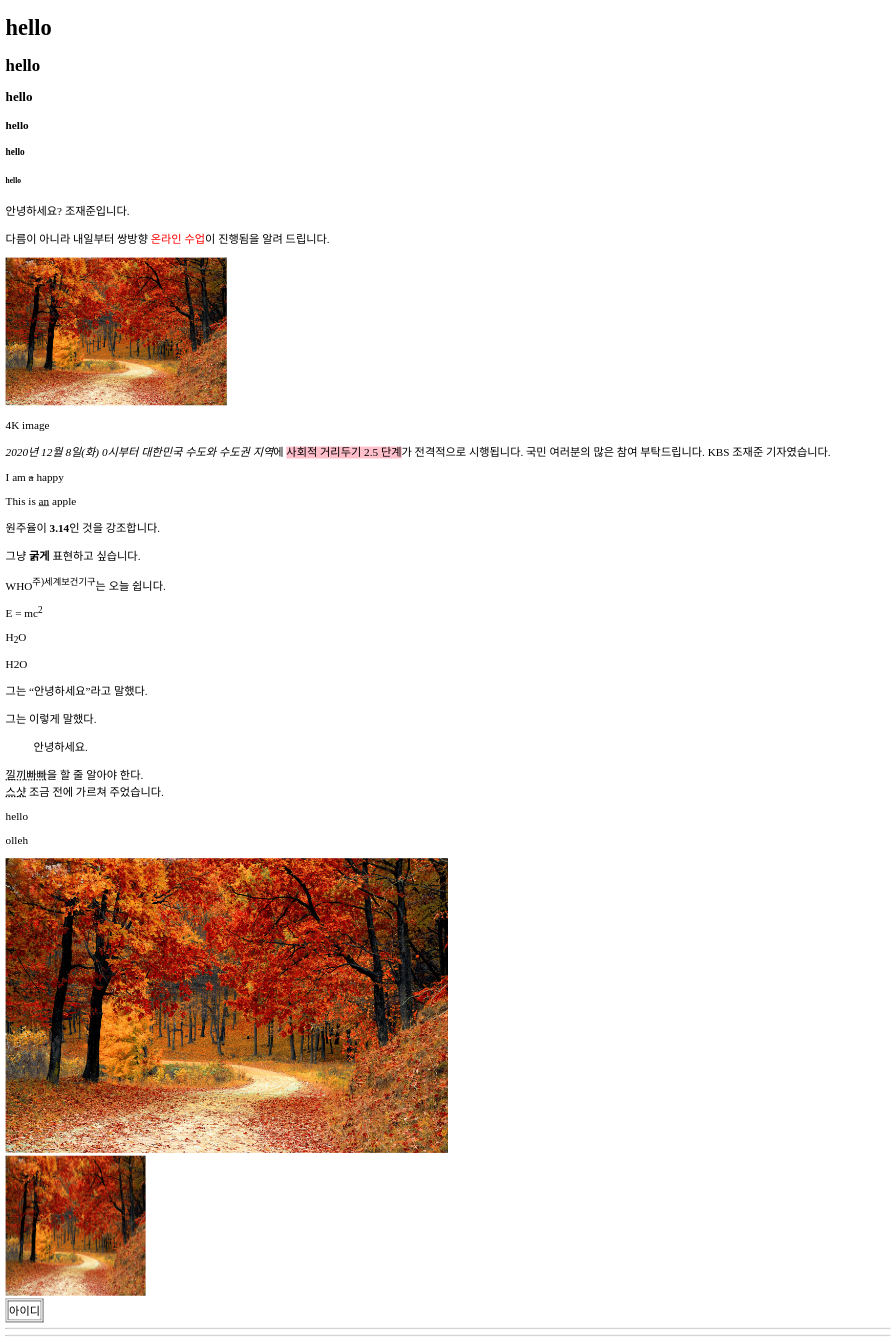
Repository: Chojaejun/javastudy
Page: HelloWorld/WebContent/f.html
An editor plug-in stored every save of this project. The page is shown before and after the next save, followed by the edit.
The browser window is 1280 px wide. The pictures show the whole page, at 70% of full size.

Above is the page before, as saved 2020-12-07 06:51:58.

After the next save:
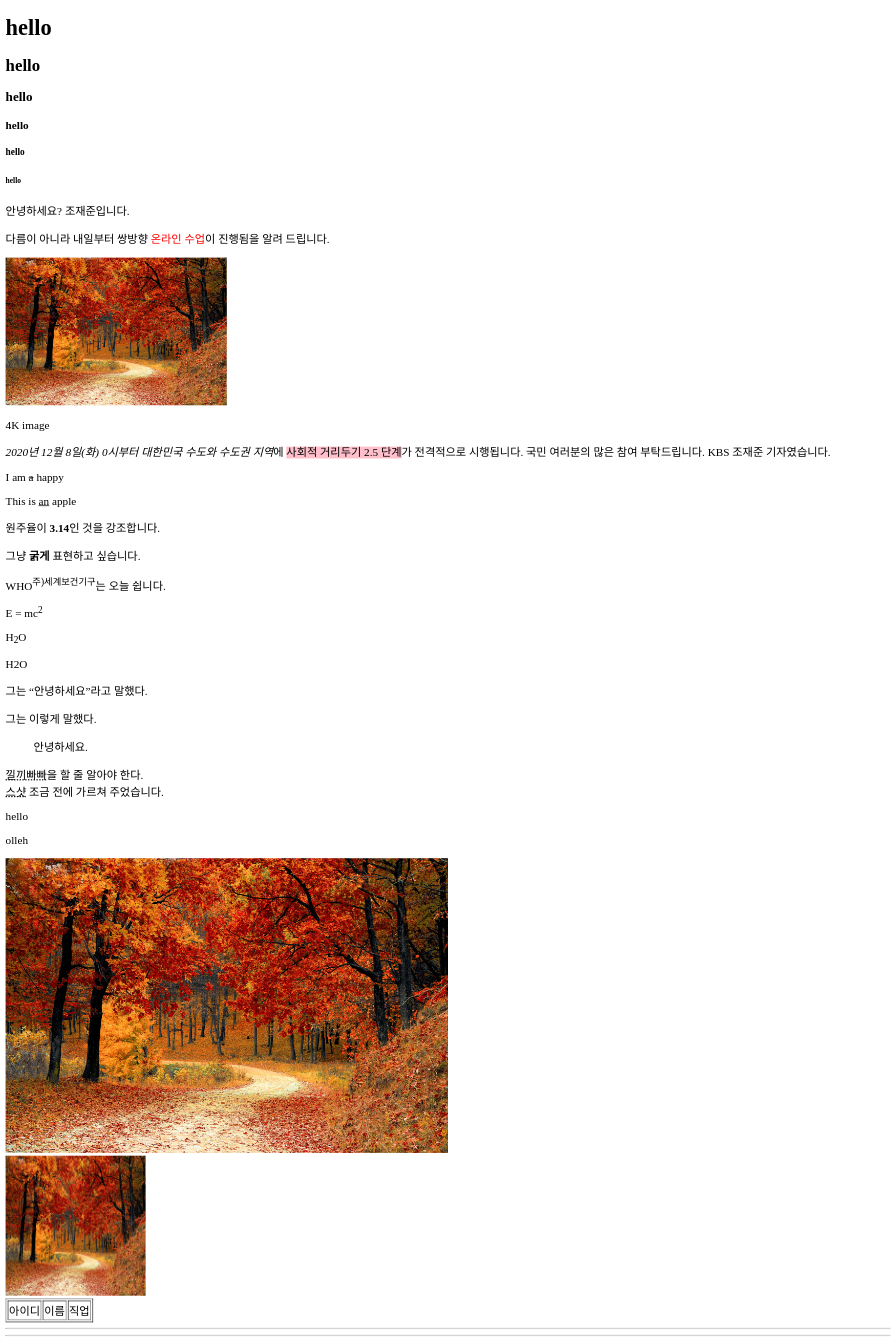
Saved 32 s later.
--- a/HelloWorld/WebContent/f.html
+++ b/HelloWorld/WebContent/f.html
@@ -87,7 +87,8 @@
 	<thead>
 		<tr>
 			<td>아이디</td>
-
+			<td>이름</td>
+			<td>직업</td>
 		</tr>
 	</thead>
 
